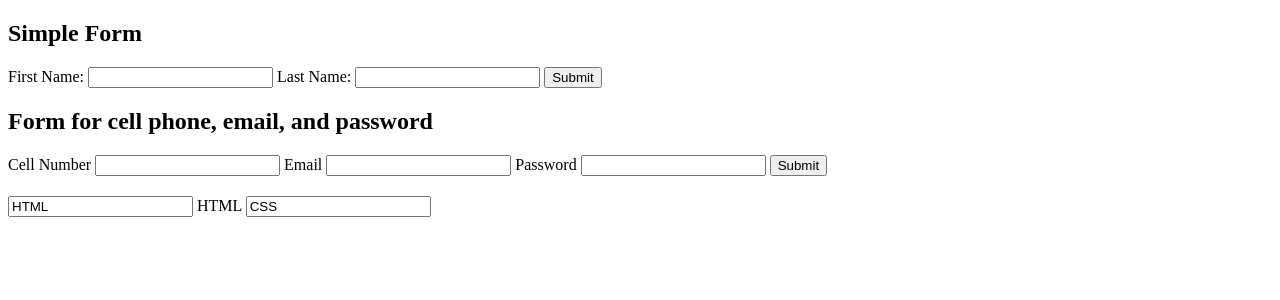
Repository: TheTroyPhillips/Block14
Page: Coursework/Block10/index.html
An editor plug-in stored every save of this project. The page is shown before and after the next save, followed by the edit.
The browser window is 1280 px wide. The pictures show the whole page.

Above is the page before, as saved 2023-09-07 19:32:17.

### Coursework/Block10/index.html
<!DOCTYPE html>
<html lang="en">
<head>
    <meta charset="UTF-8">
    <meta name="viewport" content="width=device-width, initial-scale=1.0">
    <title>Document</title>
</head>
<body>
    <article>
        <h2>Simple Form</h2>
        <form>
            <label for="fmane">First Name: </label>
            <input type="text" id="fname" name="fname">
            <label for="lmane">Last Name: </label>
            <input type="text" id="lname" name="lname">
            <input type="submit">

        </form>
    </article>
    <article>
        <h2>Form for cell phone, email, and password</h2>
        <form>
            <label for="">Cell Number</label>
            <input type="number" id="Cell Number" name="Cell Number">
            <label for="email">Email</label>
            <input type="email" id="Email" name="Email">
            <label for="password">Password</label>
            <input type="password" id="Password" name="Password">
            <input type="submit">
        </form>
    </article>
    <article>
        <h2></h2>
        <form>
            <input type="" id="" name="fav_language" value="HTML">
            <label for="html">HTML</label>
            <input type="" id="" name="fav_language" value="CSS">
        </form>
    </article>
</body>
</html>

After the next save:
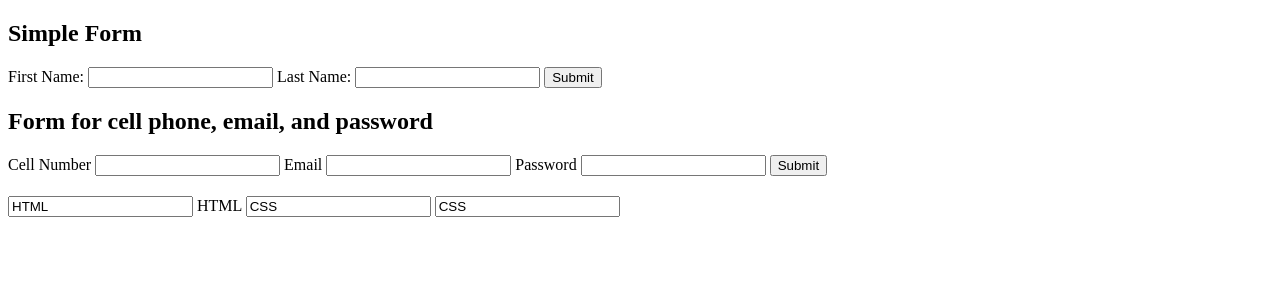
Saved 11 s later.
--- a/Coursework/Block10/index.html
+++ b/Coursework/Block10/index.html
@@ -35,6 +35,7 @@
             <input type="" id="" name="fav_language" value="HTML">
             <label for="html">HTML</label>
             <input type="" id="" name="fav_language" value="CSS">
+            <input type="" id="" name="fav_language" value="CSS">
         </form>
     </article>
 </body>
